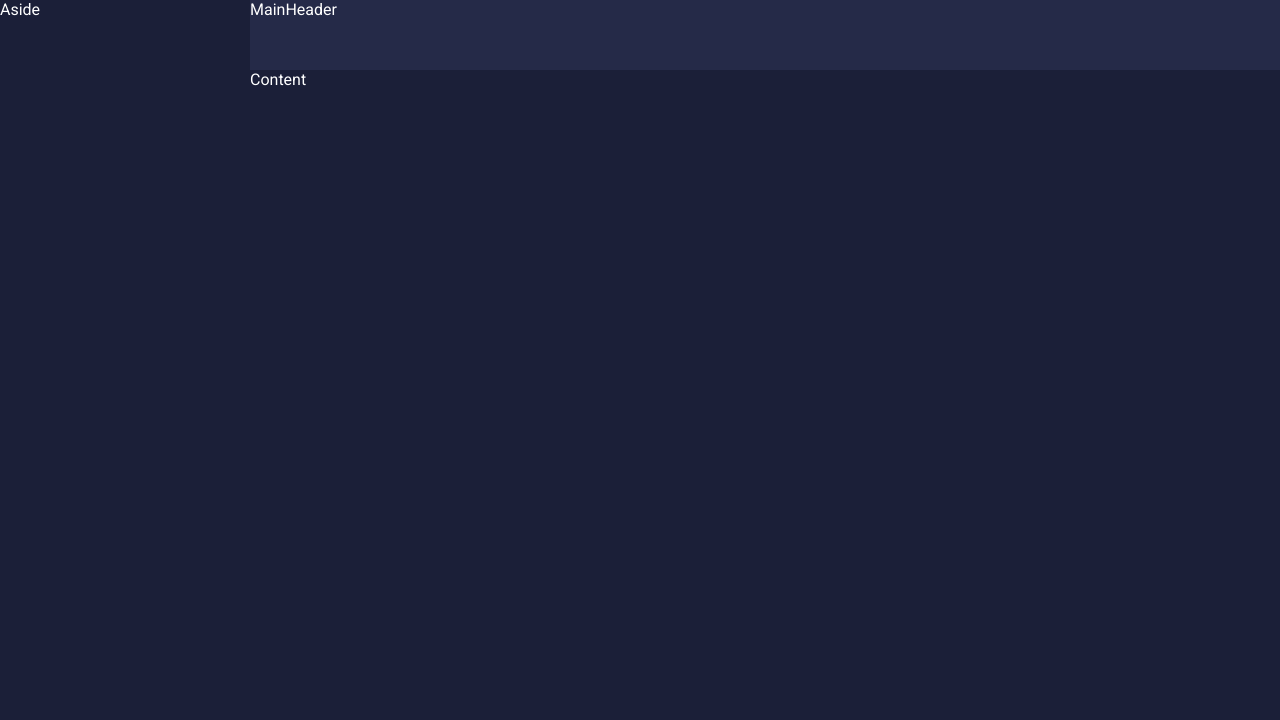
Repository: XFERRER7/dashboard
Page: /
The author's editor kept a copy of each file at every save. The page is drawn from the files as they stood at one save, then again after the next save.
The browser window is 1280 px wide. The pictures show the whole page.
The project was rebuilt for these pictures with package versions that can differ from the ones it lists, and the page was loaded fresh each time. Also part of the build but not shown: vite.config.ts.

Above is the page before, as saved 2022-07-06 15:34:10.

After the next save:
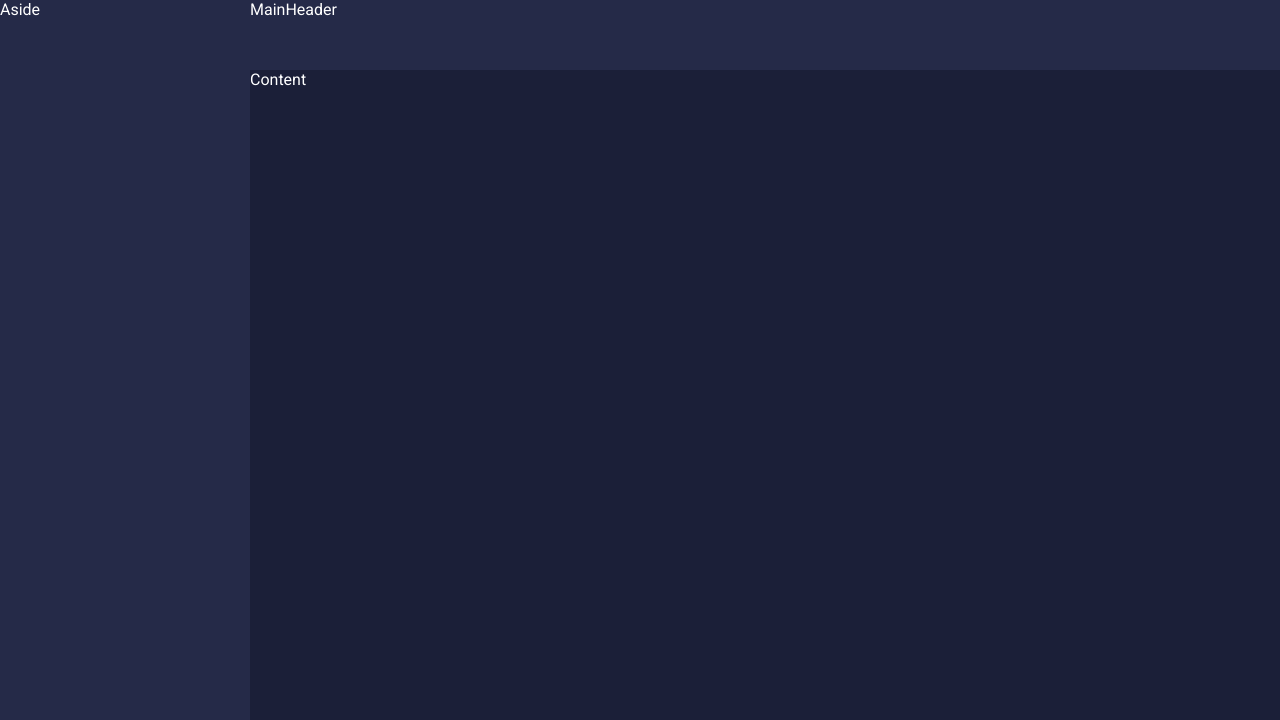
Saved 19 s later.
--- a/src/components/Aside/Styles.ts
+++ b/src/components/Aside/Styles.ts
@@ -3,5 +3,5 @@ import styled from "styled-components"
 export const Container = styled.div`
   grid-area: AS;
   color: ${props => props.theme.colors.white};
-  background-color: ${props => props.theme.colors.primary};
+  background-color: ${props => props.theme.colors.secondary};
 `
